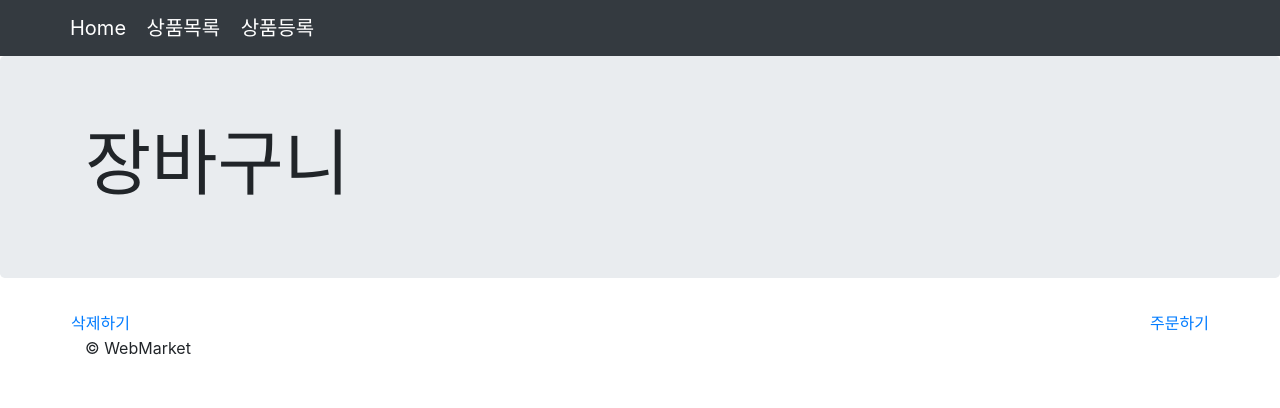
Repository: davisbyun/ai
Page: http://localhost/WebMarket/cart.jsp
An editor plug-in stored every save of this project. The page is shown before and after the next save, followed by the edit.
The browser window is 1280 px wide. The pictures show the whole page.
The page is served by Tomcat 9.

Above is the page before, as saved 2024-01-24 03:52:58.

After the next save:
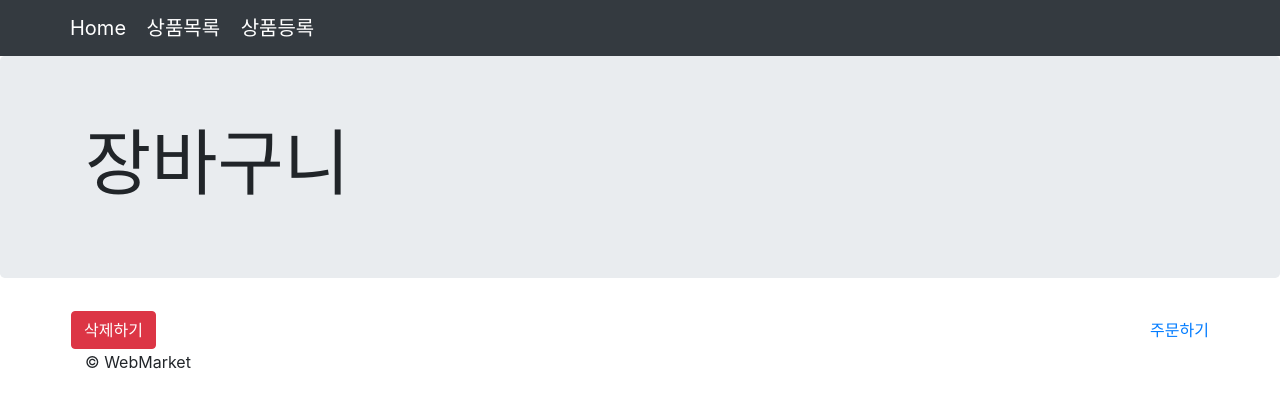
Saved 71 s later.
--- a/WebMarket/src/main/webapp/cart.jsp
+++ b/WebMarket/src/main/webapp/cart.jsp
@@ -27,7 +27,7 @@
     <div class="row">
     <table width="100%">
     	<tr>
-    	  <td align="left"><a href="./reomveCart.jsp?cartId=<%=cartId %>">삭제하기</a></td>
+    	  <td align="left"><a href="./reomveCart.jsp?cartId=<%=cartId %>" class="btn btn-danger">삭제하기</a></td>
     	  <td align="right"><a href="#" > 주문하기 </a></td>
     	</tr>
     </table>
